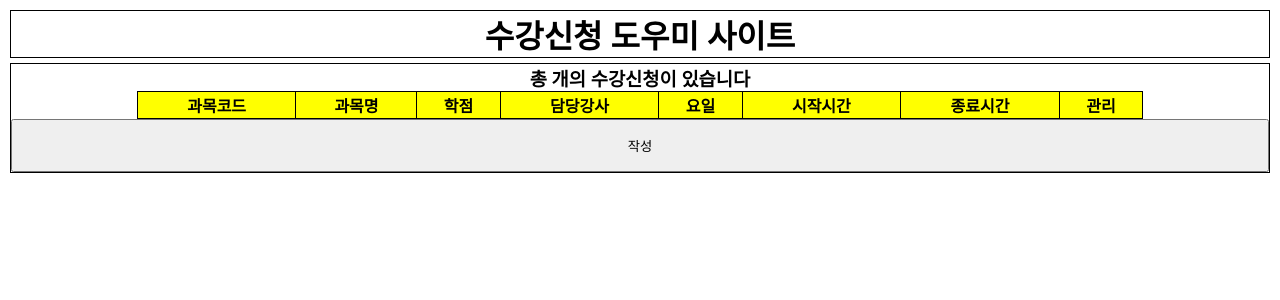
Repository: Tor1a/SpringSet
Page: http://localhost/practice02/WEB-INF/views/home.jsp
An editor plug-in stored every save of this project. The page is shown before and after the next save, followed by the edit.
The browser window is 1280 px wide. The pictures show the whole page.
The page is served by Tomcat 9. Nobody is signed in. The template is opened directly, without the code that normally fills it, so the values that code supplies are empty.

Above is the page before, as saved 2022-04-14 09:01:29.

After the next save:
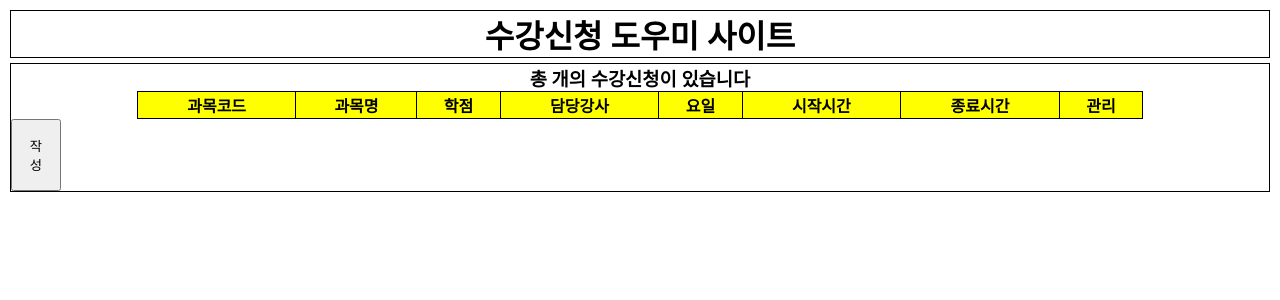
Saved 45 s later.
--- a/practice02/src/main/webapp/resources/css/home.css
+++ b/practice02/src/main/webapp/resources/css/home.css
@@ -12,7 +12,7 @@ body{width: auto; hight: auto;}
 
 #content {display:flex; flex-direction: column; justify-content: center; border: 1px solid black;}
 
-#add {display: inline-block; padding:  15px 15px;}
+#add {display: inline-block; padding:  15px 15px; width: 50px; hight: 50px;}
 
 .liTb {margin: auto; border-collapse: collapse; border: 1px solid black; width: 80%;}
 
